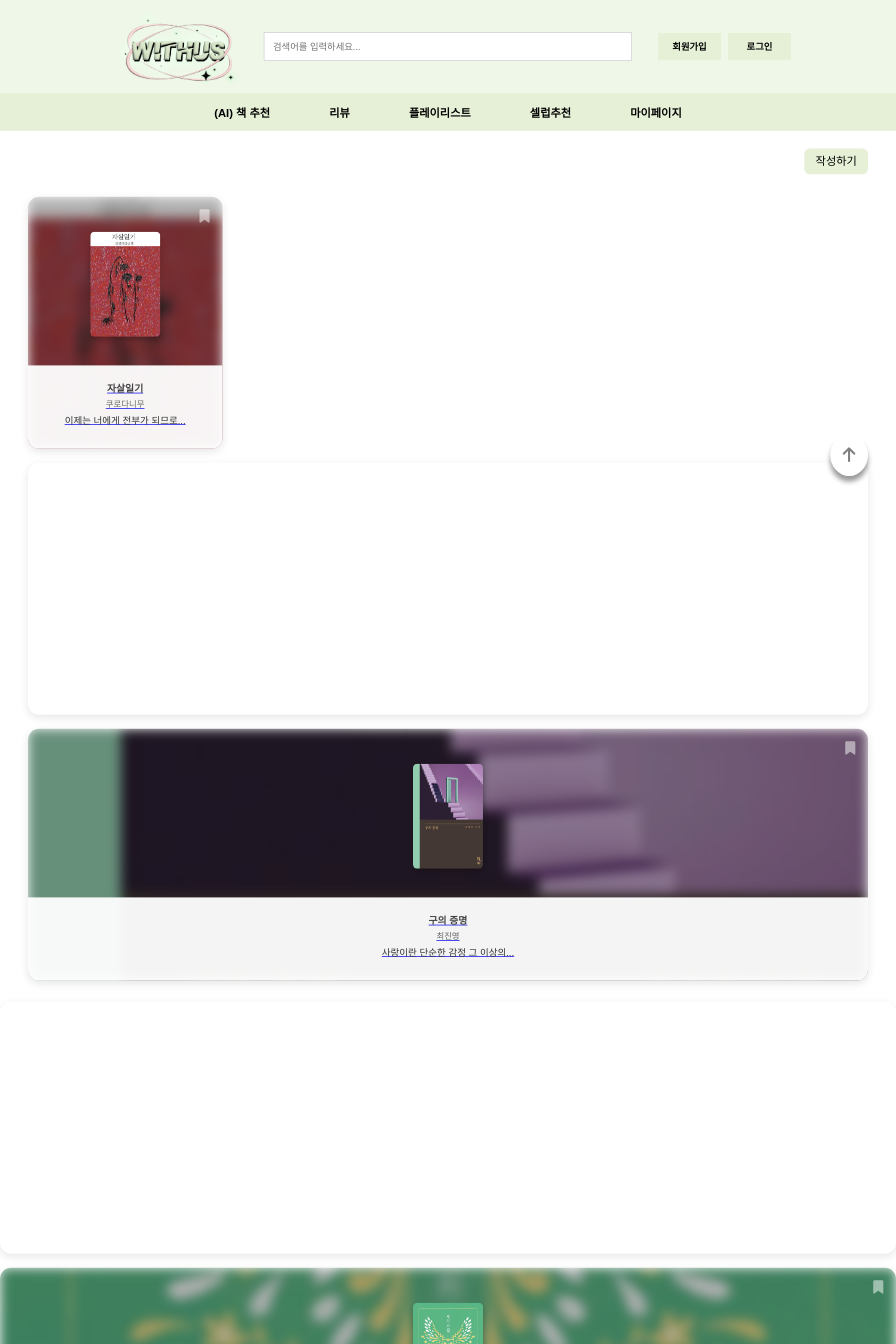
Repository: book-recommendation-team/book_recommendation_web_project
Page: http://localhost/2025_teamproject/reviewList
An editor plug-in stored every save of this project. The page is shown before and after the next save, followed by the edit.
The browser window is 1280 px wide. The pictures show the part of the page from y = 0 to 1920 px (the page is 6072 px tall before and 3626 px after), at 70% of full size.
The page is served by Tomcat 9. Other server files are loaded and not shown.

Above is the page before, as saved 2025-07-03 06:05:47.

### 2025_teamproject/src/main/webapp/reviewList.jsp
<%@ page contentType="text/html; charset=UTF-8" language="java"%>
<%@ taglib uri="http://java.sun.com/jsp/jstl/core" prefix="c"%>
<!DOCTYPE html>
<html>
<head>
<title>책 리뷰 목록</title>
<link rel="stylesheet"
	href="https://cdnjs.cloudflare.com/ajax/libs/font-awesome/6.5.0/css/all.min.css">
<link rel="stylesheet" href="./css/reviewList.css" />
<%@ include file="css/main_css.jsp"%>
<link rel="icon" href="img/icon2.png" type="image/x-icon">
</head>
<body>
	<header>
		<div id="logo">
			<a href="main.jsp"> <img src="img/logo.png" alt="로고">
			</a>
		</div>

		<div class="search-group">
			<input type="text" id="search-box" placeholder="검색어를 입력하세요..." />
			<button id="search-btn">검색</button>
		</div>
		<div id="user-buttons">
			<button id="join-btn" onclick="location.href='join.jsp'">회원가입</button>
			<button id="login-btn" onclick="location.href='Login.jsp'">로그인</button>
		</div>
	</header>

	<nav>
		<a href="#">(AI) 책 추천</a> <a
			href="${pageContext.request.contextPath}/reviewList">리뷰</a> <a
			href="#">플레이리스트</a> <a
			href="${pageContext.request.contextPath}/celebList">셀럽추천</a> <a
			href="#">마이페이지</a>
	</nav>

	<div class="container">
		<div style="text-align: right; margin-bottom: 20px;">
			<a href="reviewForm.jsp"
				style="padding: 10px 16px; background-color: #e6f0d7; color: black; text-decoration: none; border-radius: 8px;">작성하기</a>
		</div>

		<div class="grid">
			<c:forEach var="review" items="${reviewList}">

					<%--<a class="card" href="reviewDetail?reviewId=${review.reviewId}" /> --%>
					<a class="card" href="${pageContext.request.contextPath}/reviewDetail" />
					<!-- 북마크 아이콘 -->
					<i class="fas fa-bookmark bookmark-icon"></i> <img class="bg-img"
						src="${review.coverImageUrl}" alt="배경" /> <img class="cover-img"
						src="${review.coverImageUrl}" alt="표지" />
					<div class="card-content">
						<div class="book-title">${review.title}</div>
						<div class="book-author">${review.author}</div>
						<div class="review-preview">${review.reviewText}</div>
					</div>
				</div>
			</c:forEach>
		</div>
		<div style="height: 2000px;"></div>

	</div>

	<!-- TOP 버튼 -->
	<button id="topBtn" title="맨 위로 이동">
		<i class="fas fa-arrow-up"></i>
	</button>

		<footer>
		<div class="footer-container">
			<p>&copy; 2025 WITHUS. All rights reserved.</p>
			<div class="footer-links">
				<a href="#">이용약관</a> | <a href="#">개인정보처리방침</a> | <a href="#">고객센터</a>
			</div>
		</div>
	</footer>

	<script>
	document.addEventListener("DOMContentLoaded", () => {
		document.getElementById("topBtn").addEventListener("click", () => {
			window.scrollTo({ top: 0, behavior: 'smooth' });
		});
	});
</script>

</body>
</html>

### 2025_teamproject/src/main/webapp/css/main_css.jsp
<%@ page language="java" contentType="text/html; charset=UTF-8"
    pageEncoding="UTF-8"%>
<!DOCTYPE html>
<style>
  /* 기본 스타일 (기존 유지) */
body {
    font-family: 'Arial', sans-serif;
    margin: 0;
    padding: 0;
    background-color: #fff;
}

header {
    display: flex;
    justify-content: space-between;
    align-items: center;
    background-color: #eff7e8;
    padding: 0px;
}

#logo img {
    width: 200px;
    height: auto;
    margin-left: 150px;
}

#logo a img {
    cursor: pointer;
}

#search-box {
    padding: 12px;
    width: 500px;
    border: 1px solid #ccc;
    position: absolute;
    left: 50%;
    transform: translateX(-50%);
}

.search-group {
    position: absolute;
    left: 50%;
    transform: translateX(-50%);
    display: flex;
    align-items: center;
}

#search-btn {
    background-color: #e6f0d7;
    border: none;
    padding: 10px 16px;
    margin-left: 8px;
    font-weight: bold;
    cursor: pointer;
    border-radius: 4px;
}

#search-btn:hover {
    background-color: #cce0b8;
}

#logout-btn,
#user-buttons button {
    background-color: #e6f0d7;
    border: none;
    padding: 10px 16px;
    cursor: pointer;
    width: 90px;
    font-weight: bold;
}

nav {
    background-color: #e6f0d7;
    text-align: center;
    padding: 15px 0;
}

nav a {
    text-decoration: none;
    margin: 0 40px;
    color: #000;
    font-weight: bold;
}

nav a:hover {
    text-decoration: underline;
}

#user-buttons {
    display: flex;
    gap: 10px;
    margin-right: 150px;
}

.banner {
    position: relative;
    width: 100%;
    height: 650px;
    overflow: hidden;
    background-color: #ffe04d;
}

.banner img {
    position: absolute;
    top: 0;
    left: 0;
    width: 100%;
    height: 100%;
    object-fit: cover;
    object-position: center center;
    opacity: 0.8;
    z-index: 1;
}

.banner-controls {
    position: absolute;
    bottom: 10px;
    right: 10px;
    z-index: 3;
    display: flex;
    gap: 6px;
}

.banner-controls button {
    background-color: rgba(255, 193, 7, 0.9);
    border: none;
    padding: 6px 8px;
    font-size: 14px;
    border-radius: 5px;
    cursor: pointer;
    color: #000;
    transition: background-color 0.3s ease;
}

.banner-controls button:hover {
    background-color: rgba(255, 160, 0, 0.95);
}

.section-title {
    background-color: #e6f0d7;
    display: flex;
    justify-content: center;
    flex-wrap: wrap;
    gap: 34px;
    padding: 18px 0;
     width: 100%;        /* ✅ 추가 */
    margin: 8px 0;      /* ✅ 가운데 정렬 제거 */
}

.section-title a {
    text-decoration: none;
    margin: 0 20px;
    color: #000;
    font-weight: bold;
}

.section-title a:hover {
    text-decoration: underline;
}

.main_list {
    padding: 20px;
    text-align: center;
}

.tag-list {
    display: flex;
    justify-content: center;
    flex-wrap: wrap;
    gap: 12px;
    margin: 20px 0;
}

.tag-button {
    background-color: #e6f0d7; /* 기본 연그린 */
    border: 1px solid transparent;
    padding: 8px 16px;
    border-radius: 20px;
    font-size: 14px;
    color: #446b3c; /* 그린 계열 텍스트 */
    cursor: pointer;
    font-weight: 600;
    transition: background-color 0.3s, color 0.3s, border 0.3s;
    outline: none;
}

.tag-button:hover {
    background-color: #d0e6c5;             /* hover 시 약간 더 진한 그린 */
    color: #2e4f25;
}

.tag-button.active {
    background-color: #c0dab0;             /* 클릭됐을 때 조금 더 강조 */
    border: 1px solid #8cb78a;             /* 테두리도 자연스러운 초록 */
    color: #2e4f25;                        /* 글자도 어울리는 진한 그린 */
}

.tag-button:focus {
    outline: none;
    box-shadow: none;
}

/* 책 슬라이더 스타일 */
.book-carousel {
    position: relative;
    max-width: 1000px;
    margin: 0 auto 40px auto;
    overflow: hidden;
}

.carousel-window {
    width: 1000px;
    overflow: hidden;
    margin: 0 auto;
}

.carousel-track {
    display: flex;
    transition: transform 0.5s ease;
}

/* 이전/다음 버튼 - 위치 고정, 색상 조정 */
.carousel-btn {
    position: absolute;
    top: 50%;
    transform: translateY(-50%);
    font-size: 26px;
    background-color: #f3f8ef;
    border: none;
    color: #444;
    cursor: pointer;
    padding: 8px 12px;
    border-radius: 50%;
    z-index: 2;
    display: flex;
    align-items: center;
    justify-content: center;
    transition: background-color 0.3s, color 0.3s;
    user-select: none;
}

.carousel-btn:hover {
    background-color: #c8dfb5;
    color: #000;
}

.carousel-btn.prev {
    left: 10px;
}

.carousel-btn.next {
    right: 10px;
}

.book-item {
    flex: 0 0 25%;
    text-align: center;
    padding: 10px;
    box-sizing: border-box;
}

.book-item img {
    width: 180px;
    height: 260px;
    object-fit: cover;
    border-radius: 6px;
}

.book-info {
    margin-top: 8px;
}

.book-title {
    font-size: 14px;
    font-weight: bold;
    margin-top: 10px;
    color: #444;
}

.book-author {
    font-size: 12px;
    color: #666;
}

footer {
    background-color: #eff7e8;
    color: #333;
    padding: 20px 0;
    text-align: center;
    font-size: 14px;
    border-top: 1px solid #ccc;
    margin-top: 60px;
}

.footer-container {
    max-width: 1000px;
    margin: 0 auto;
}

.footer-links a {
    color: #333;
    text-decoration: none;
    margin: 0 8px;
}

.footer-links a:hover {
    text-decoration: underline;
}

 /* 이전/다음 버튼 스타일 */
#carousel-prev-btn, #carousel-next-btn {
    font-size: 18px;
    padding: 5px 12px;
    margin: 10px 5px 20px 5px;
    cursor: pointer;
    border: 1px solid #446b3c;
    background: white;
    color: #446b3c;
    border-radius: 4px;
}
#carousel-prev-btn:hover, #carousel-next-btn:hover {
    background-color: #446b3c;
    color: white;
}
</style>

### 2025_teamproject/src/main/java/servlet/ReviewListServlet.java
package servlet;

import java.io.IOException;
import java.util.ArrayList;
import java.util.List;

import javax.servlet.ServletException;
import javax.servlet.annotation.WebServlet;
import javax.servlet.http.HttpServlet;
import javax.servlet.http.HttpServletRequest;
import javax.servlet.http.HttpServletResponse;

import dto.Review;

//ReviewTestServlet.java
@WebServlet("/reviewList")
public class ReviewListServlet extends HttpServlet {
 protected void doGet(HttpServletRequest request, HttpServletResponse response) throws ServletException, IOException {
     List<Review> reviewList = new ArrayList<>();

     reviewList.add(new Review(1, "자살일기", "쿠로다니무", request.getContextPath() + "/img/자살일기.jpg", "이제는 너에게 전부가 되므로..."));
     reviewList.add(new Review(2, "구의 증명", "최진영", request.getContextPath() + "/img/구의증명.jpg", "사랑이란 단순한 감정 그 이상의..."));
     reviewList.add(new Review(3, "새의 선물", "은희경", request.getContextPath() + "/img/새의선물.jpg", "전혀 예상하지 못한 감정..."));
     reviewList.add(new Review(4, "급류", "정대건", request.getContextPath() + "/img/급류.jpg", "한 번쯤 강렬한 사랑을 해보고 싶던 적이.."));
     reviewList.add(new Review(5, "자기앞의 생", "에밀 아자르", request.getContextPath() + "/img/자기앞의생.jpg", "언제 읽어도 가슴이 찡해지는 열네 살.."));
     reviewList.add(new Review(6, "파과", "구병모", request.getContextPath() + "/img/파과.jpg", "조각에 대한 류의 마음은 뭐였을까.."));
     reviewList.add(new Review(7, "작별하지 않는다", "한강", request.getContextPath() + "/img/작별하지않는다.jpg", "역사적 트라우마를 정면으로 마주하고.."));
     reviewList.add(new Review(8, "여덟 단어", "박웅현", request.getContextPath() + "/img/여덟단어.jpg", "삶을 먼저 살아본 사람이 스포해주는.."));
     reviewList.add(new Review(9, "스토너", "존 윌리엄스", request.getContextPath() + "/img/스토너.jpg", "이 소설에 대해선 할 말이 너무 많아 제대로.."));
     reviewList.add(new Review(10, "사랑과 결함", "예소연", request.getContextPath() + "/img/사랑과결함.jpg", "들키고 싶지 않던 무언가를 들킨 것 같은.."));

     request.setAttribute("reviewList", reviewList);
     request.getRequestDispatcher("/reviewList.jsp").forward(request, response);
 }
}

### 2025_teamproject/src/main/java/dto/Review.java
package dto;

public class Review {
    private int reviewId;
    private String title;
    private String author;
    private String coverImageUrl;
    private String reviewText;
	public int getReviewId() {
		return reviewId;
	}
	public void setReviewId(int reviewId) {
		this.reviewId = reviewId;
	}
	public String getTitle() {
		return title;
	}
	public void setTitle(String title) {
		this.title = title;
	}
	public String getAuthor() {
		return author;
	}
	public void setAuthor(String author) {
		this.author = author;
	}
	public String getCoverImageUrl() {
		return coverImageUrl;
	}
	public void setCoverImageUrl(String coverImageUrl) {
		this.coverImageUrl = coverImageUrl;
	}
	public String getReviewText() {
		return reviewText;
	}
	public void setReviewText(String reviewText) {
		this.reviewText = reviewText;
	}
	public Review(int reviewId, String title, String author, String coverImageUrl, String reviewText) {
		super();
		this.reviewId = reviewId;
		this.title = title;
		this.author = author;
		this.coverImageUrl = coverImageUrl;
		this.reviewText = reviewText;
	}
	public Review() {
		super();
		// TODO Auto-generated constructor stub
	}
	@Override
	public String toString() {
		return "Review [reviewId=" + reviewId + ", title=" + title + ", author=" + author + ", coverImageUrl="
				+ coverImageUrl + ", reviewText=" + reviewText + "]";
	}


}

### 2025_teamproject/src/main/webapp/css/reviewList.css
@charset "UTF-8";

body {
	font-family: 'Arial', sans-serif;
	margin: 0;
	padding: 0;
	background-color: #fff;
	padding: 0;
}

.container {
	max-width: 1200px;
	margin: 30px auto;
}

.top-bar {
	max-width: 1200px;
	margin: 0 auto 30px;
	text-align: right;
}

.top-bar a {
	background-color: #4CAF50;
	color: white;
	padding: 10px 18px;
	border-radius: 6px;
	text-decoration: none;
}

.grid {
	display: grid;
	grid-template-columns: repeat(auto-fill, minmax(220px, 1fr));
	gap: 30px;
	max-width: 1200px;
	margin: 0 auto;
}

.card {
	margin-top: 20px;
	position: relative;
	display: flex;                /* Flex 사용 */
	flex-direction: column;       /* 세로 방향 정렬 */
	justify-content: space-between; /* 위쪽은 이미지, 아래쪽은 내용 */
	height: 360px;
	border-radius: 16px;
	overflow: hidden;
	box-shadow: 0 4px 12px rgba(0, 0, 0, 0.1);
	background-color: #fff;
	cursor: pointer;
}

.card .bg-img {
	position: absolute;
	top: 0;
	left: 0;
	width: 100%;
	height: 100%;
	filter: blur(8px) brightness(0.7);
	object-fit: cover;
	z-index: 1;
}

.card .cover-img {
	position: relative;
	z-index: 2;
	width: 100px;
	height: 150px;
	object-fit: cover;
	margin: 50px auto 0; /* 아래 여백 제거 */
	border-radius: 6px;
	box-shadow: 0 4px 8px rgba(0, 0, 0, 0.2);
}

.card-content {
	position: relative;
	z-index: 2;
	background-color: rgba(255, 255, 255, 0.95);
	padding: 12px 14px;
	text-align: center;
}


.book-title {
	font-size: 1rem;
	font-weight: bold;
	margin-bottom: 4px;
}

.book-author {
	font-size: 0.9rem;
	color: #666;
	margin-bottom: 6px;
}

.review-preview {
	font-size: 0.85rem;
	color: #333;
	line-height: 1.4;
	height: 2.8em;
	overflow: hidden;
	text-overflow: ellipsis;
}

/* 북마크 아이콘 */
.bookmark-icon {
	position: absolute;
	top: 12px;
	right: 12px;
	font-size: 1.2rem;
	color: rgba(255, 255, 255, 0.5);
	z-index: 10;
	padding: 6px;
	border-radius: 50%;
	transition: color 0.2s ease;
}

.bookmark-icon:hover {
	color: #fff;
}

#topBtn {
	position: fixed;
	bottom: 40px;
	right: 40px;
	z-index: 9999;
	background-color: white;
	color: gray;
	border: none;
	border-radius: 50%;
	padding: 16px 18px;
	cursor: pointer;
	box-shadow: 0 8px 8px rgba(0,0,0,0.4);
	font-size: 1.5rem;
}

After the next save:
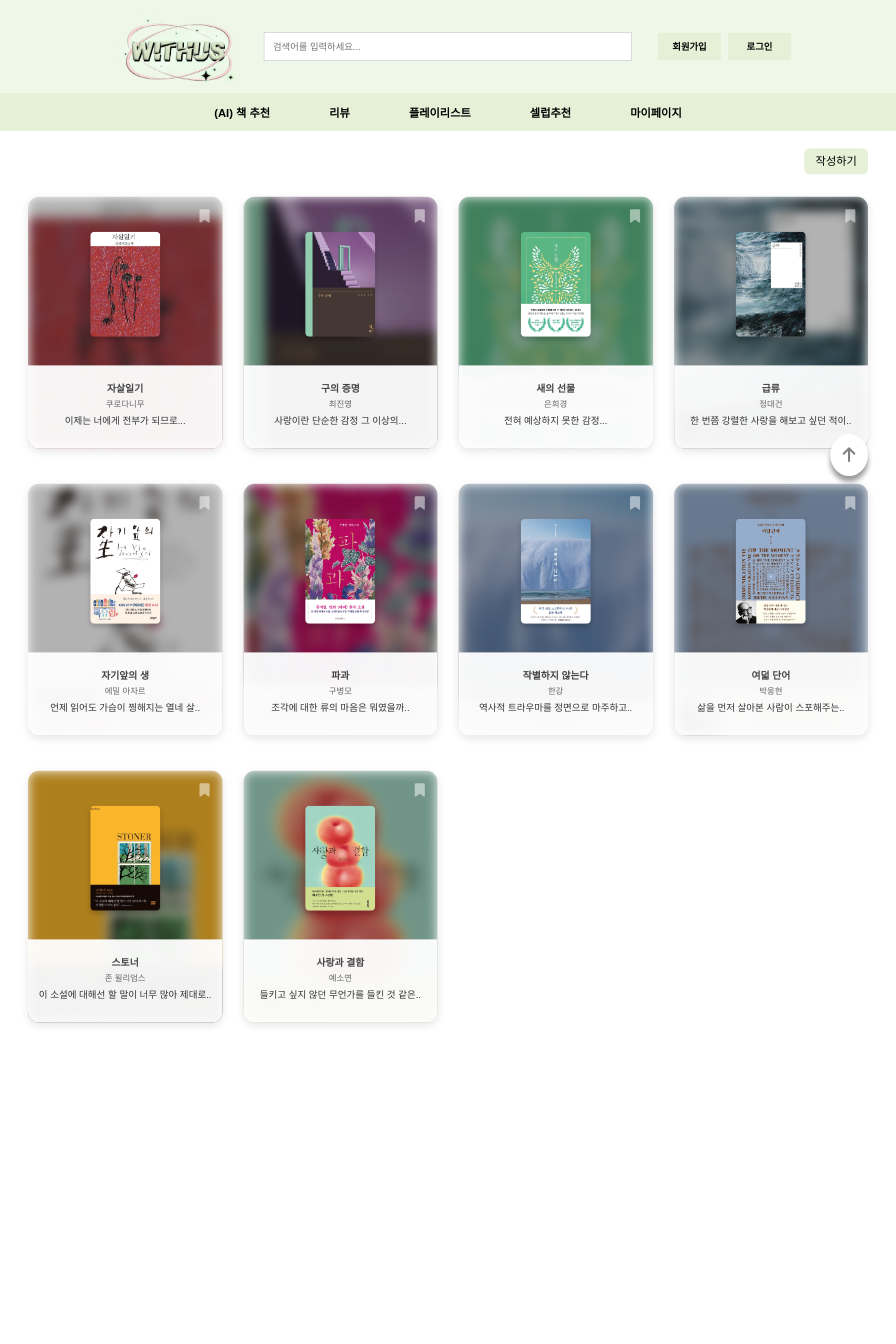
Saved 38 s later.
--- a/2025_teamproject/src/main/webapp/reviewList.jsp
+++ b/2025_teamproject/src/main/webapp/reviewList.jsp
@@ -43,9 +43,8 @@
 
 		<div class="grid">
 			<c:forEach var="review" items="${reviewList}">
-
-					<%--<a class="card" href="reviewDetail?reviewId=${review.reviewId}" /> --%>
-					<a class="card" href="${pageContext.request.contextPath}/reviewDetail" />
+				<%-- <div class="card" onclick="location.href='reviewDetail?reviewId=${review.reviewId}'"> --%>
+				<div class="card" onclick="location.href='reviewDetail?reviewId=${review.reviewId}'">
 					<!-- 북마크 아이콘 -->
 					<i class="fas fa-bookmark bookmark-icon"></i> <img class="bg-img"
 						src="${review.coverImageUrl}" alt="배경" /> <img class="cover-img"

After the save that followed:
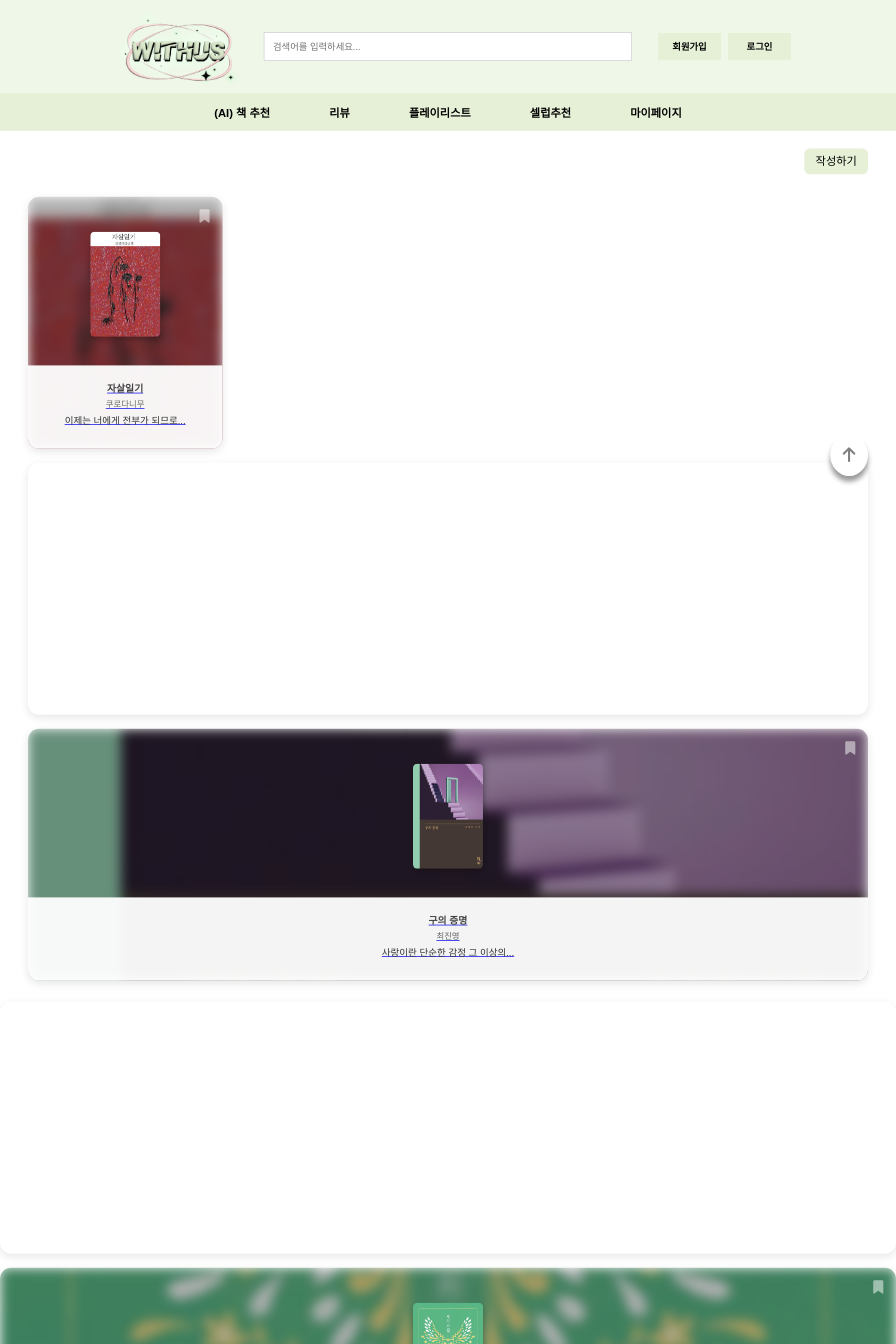
Saved 95 s later.
--- a/2025_teamproject/src/main/webapp/reviewList.jsp
+++ b/2025_teamproject/src/main/webapp/reviewList.jsp
@@ -44,7 +44,7 @@
 		<div class="grid">
 			<c:forEach var="review" items="${reviewList}">
 				<%-- <div class="card" onclick="location.href='reviewDetail?reviewId=${review.reviewId}'"> --%>
-				<div class="card" onclick="location.href='reviewDetail?reviewId=${review.reviewId}'">
+				<a class="card" href="${pageContext.request.contextPath}/reviewDetail">
 					<!-- 북마크 아이콘 -->
 					<i class="fas fa-bookmark bookmark-icon"></i> <img class="bg-img"
 						src="${review.coverImageUrl}" alt="배경" /> <img class="cover-img"
